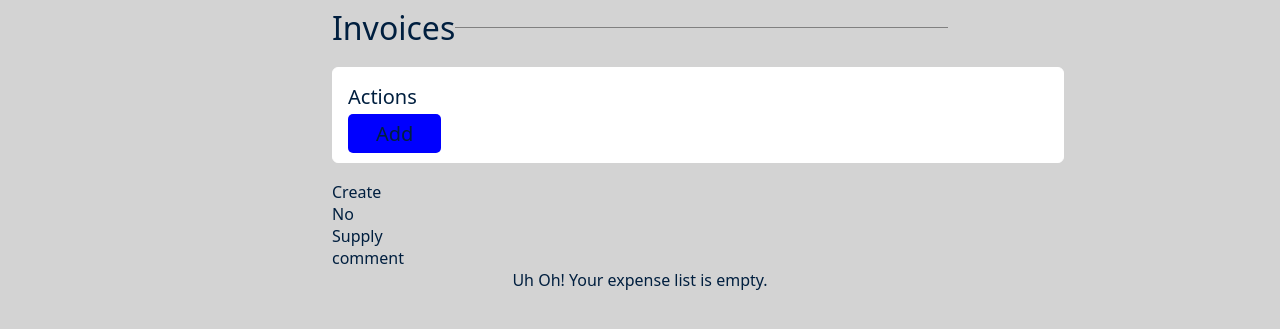
Repository: om1ars/task3
Page: /
The author's editor kept a copy of each file at every save. The page is drawn from the files as they stood at one save, then again after the next save.
The browser window is 1280 px wide. The pictures show the whole page.
Some web libraries are served in a nearby version. The project was rebuilt for these pictures with package versions that can differ from the ones it lists, and the page was loaded fresh each time. Also part of the build but not shown: src/components/footer/footer.css, src/components/footer/index.js, src/constants/add-expense.js, src/components/add-form/add-form.css, src/components/add-form/success-modal.css, src/components/add-form/success-modal.js, src/components/add-form/index.js, src/pages/add-expense/add-expense.css and 3 more.

Above is the page before, as saved 2021-12-18 15:23:55.

### public/index.html
<!DOCTYPE html>
<html lang="en">
  <head>
    <meta charset="utf-8" />
    <link rel="icon" href="%PUBLIC_URL%/favicon.ico" />
    <meta name="viewport" content="width=device-width, initial-scale=1" />
    <meta name="theme-color" content="#000000" />
    <meta name="description" content="SPA to track all your expenses" />
    <link rel="apple-touch-icon" href="%PUBLIC_URL%/logo192.png" />
    <!--
      manifest.json provides metadata used when your web app is installed on a
      user's mobile device or desktop. See https://developers.google.com/web/fundamentals/web-app-manifest/
    -->
    <link rel="manifest" href="%PUBLIC_URL%/manifest.json" />
    <link rel="preconnect" href="https://fonts.googleapis.com" />
    <link rel="preconnect" href="https://fonts.gstatic.com" crossorigin />
    <link
      href="https://fonts.googleapis.com/css2?family=Noto+Sans&display=swap"
      rel="stylesheet"
    />
    <link
      rel="stylesheet"
      href="https://cdn-uicons.flaticon.com/uicons-regular-rounded/css/uicons-regular-rounded.css"
    />
    <link
      rel="stylesheet"
      href="https://cdn.jsdelivr.net/gh/devicons/devicon@v2.12.0/devicon.min.css"
    />
    <title>Xpensr</title>
  </head>
  <body>
    <noscript>You need to enable JavaScript to run this app.</noscript>
    <div id="root"></div>
    <!--
      This HTML file is a template.
      If you open it directly in the browser, you will see an empty page.

      You can add webfonts, meta tags, or analytics to this file.
      The build step will place the bundled scripts into the <body> tag.

      To begin the development, run `npm start` or `yarn start`.
      To create a production bundle, use `npm run build` or `yarn build`.
    -->
  </body>
</html>

### src/index.js
import React from "react";
import ReactDOM from "react-dom";
import "./index.css";
import App from "./App";
import reportWebVitals from "./reportWebVitals";
import { Provider } from "react-redux";
import store from "./redux/store/index";

ReactDOM.render(
  <Provider store={store}>
    <App />
  </Provider>,
  document.getElementById("root")
);

// If you want to start measuring performance in your app, pass a function
// to log results (for example: reportWebVitals(console.log))
// or send to an analytics endpoint. Learn more: https://bit.ly/CRA-vitals
reportWebVitals();

### src/index.css
body {
  margin: 0;
  font-family: "Noto Sans", sans-serif;
  -webkit-font-smoothing: antialiased;
  -moz-osx-font-smoothing: grayscale;
  background-color: lightgray;
  color: #001f3f;
}
a {
  text-decoration: none;
  color: #001f3f;
}
.button {
  /* background: #71ccca; */
  box-shadow: 20px 20px 60px #60adac, -20px -20px 60px #82ebe8;
}
code {
  font-family: source-code-pro, Menlo, Monaco, Consolas, "Courier New",
    monospace;
}

### src/App.js
import React from "react";
import { BrowserRouter as Router, Route, Switch } from "react-router-dom";
import Footer from "./components/footer";
import Header from "./components/header";
import AddExpense from "./pages/add-expense";
import Home from "./pages/home/index";

const App = () => {
  return (
    <Router>
      <Header />
      <Switch>
        <Route path="/" exact component={Home} />
        <Route path="/add-expense" component={AddExpense} />
      </Switch>
    </Router>
  );
};

export default App;

### src/redux/store/index.js
import { combineReducers, createStore } from "redux";
import { expenseReducer } from "../reducers/expenses";
const reducer = combineReducers({
  expenses: expenseReducer,
});
const initialState = {};
const store = createStore(reducer, initialState);

export default store;

### src/components/header/index.js
import React from "react";
import "./header.css";
const Header = () => {
  return (
    <div className="header-container">
      <div className="header" style={{ display: "flex", alignItems: "center" }}>
        <div className="header-logo">
          Invoices
        </div>
        <div
          style={{ height: "1px", width: "100%", backgroundColor: "gray" }}
        ></div>
      </div>
    </div>
  );
};

export default Header;

### src/pages/home/index.js
import React from "react";
import ExpenseList from "../../components/expense-list";
import Footer from "../../components/footer";
import Header from "../../components/header";
import TopFold from "../../components/top-fold";
import "./home.css";
const Home = () => {
  return (
    <div className="home">
      <TopFold />
      <ExpenseList />
    </div>
  );
};

export default Home;

### src/redux/reducers/expenses.js
import {
  ADD_EXPENSE,
  DELETE_EXPENSE,
  SEARCH_EXPENSE,
} from "../action-types/expenses";

const initialList = () => {
  const list = localStorage.getItem("expense-list");
  let expenses = [];
  if (list) {
    expenses = JSON.parse(list);
  }
  return expenses;
};
const initialState = {
  expenseList: initialList(),
  query: "",
};

export const expenseReducer = (state = initialState, action) => {
  switch (action.type) {
    case ADD_EXPENSE: {
      localStorage.setItem(
        "expense-list",
        JSON.stringify([...state.expenseList, action.data])
      );
      return {
        ...state,
        expenseList: [...state.expenseList, action.data],
        query: "",
      };
    }
    case DELETE_EXPENSE: {
      const { data } = action;
      const updatedList = state.expenseList.filter(
        (item) => item.createdAt !== data.createdAt
      );
      localStorage.setItem("expense-list", JSON.stringify(updatedList));
      return {
        ...state,
        expenseList: updatedList,
      };
    }
    case SEARCH_EXPENSE: {
      const { query } = action;
      return {
        ...state,
        query,
      };
    }
    default:
      return {
        ...state,
      };
  }
};

### src/components/header/header.css
.header-container {
  width: 50%;
  margin: auto;
}
.header {
  display: flex;
  justify-content: space-between;
  align-items: center;
  flex: 1;
  margin: 6px 12px;
}
.header-logo {
  display: flex;
  align-items: center;
  font-size: 32px;
  font-weight: 500;
}
.header-logo i {
  display: flex;
  align-items: center;
  margin-left: 6px;
}

.header-button {
  font-size: 20px;
  display: flex;
  justify-content: center;
  align-items: center;
  border: 1px solid black;
  border-radius: 6px;
  padding: 0px 8px;
}
.header-button i {
  margin-right: 4px;
}

@media only screen and (max-width: 1024px) {
  .header-container {
    width: 90%;
  }
  .header-logo {
    font-size: 28px;
  }
  .header-button {
    font-size: 18px;
  }
}

@media only screen and (max-width: 512px) {
  .header-container {
    width: 100%;
  }
  .header-logo {
    font-size: 24px;
  }
  .header-button {
    font-size: 16px;
  }
}

### src/components/top-fold/index.js
import React, { useEffect, useState } from "react";
import { Link, useLocation } from "react-router-dom";
import "./top-fold.css";
import { useDispatch } from "react-redux";
import { searchExpense } from "../../redux/actions/expenses";
const TopFold = () => {
  const [query, setQuery] = useState("");
  const dispatch = useDispatch();
  const handleQuery = (e) => {
    setQuery(e.target.value);
    dispatch(searchExpense(e.target.value));
  };
  return (
    <div className="topfold">
      {window.location.pathname === "/" ? (
        <div className="home-topfold">
          <Link to="/add-expense">
            <div
              className="add-button"
              style={{
                width: "700px",
                backgroundColor: "white",
                padding: 15,
              }}
            >
              <div style={{ marginBottom: 10 }}>Actions</div>
              <label
                style={{
                  padding: "6px 28px",
                  borderRadius: "5px",
                  backgroundColor: "blue",
                }}
              >
                Add
              </label>
            </div>
          </Link>
        </div>
      ) : (
        <div className="add-topfold">
          <Link to="/">
            <div className="add-topfold-button">
              <i class="fi-rr-angle-left"></i>
              <label>Back</label>
            </div>
          </Link>
          <Link to="/">
            <div className="add-topfold-button">
              <i class="fi-rr-cross-circle"></i>
              <label>Cancel</label>
            </div>
          </Link>
        </div>
      )}
    </div>
  );
};

export default TopFold;

### src/components/expense-list/index.js
import React, { useEffect, useState } from "react";
import { useSelector } from "react-redux";
import { toast, ToastContainer } from "react-toastify";
import Card from "./card";
import "./expense-list.css";
const ExpenseList = () => {
  const { expenseList: list, query } = useSelector((state) => state.expenses);
  const filteredList = list.filter((item) => item.title.includes(query));

  const notifySuccess = () => toast.success("Expense Deleted!");
  return (
    <div className="expense-list">
      <ToastContainer
        position="bottom-left"
        autoClose={1500}
        hideProgressBar={false}
        newestOnTop={false}
        closeOnClick
      />
      <div className="">
        <div>Create</div>
        <div>No</div>
        <div>Supply</div>
        <div>comment</div>
      </div>

      {list.length ? (
        filteredList.map((item) => (
          <>
            <Card item={item} notifySuccess={notifySuccess} />
          </>
        ))
      ) : (
        <div className="empty-state">
          <label>Uh Oh! Your expense list is empty.</label>
        </div>
      )}
    </div>
  );
};

export default ExpenseList;

### src/pages/home/home.css
.home {
  width: 50%;
  margin: auto;
}

@media only screen and (max-width: 1024px) {
  .home {
    width: 90%;
  }
}

@media only screen and (max-width: 512px) {
  .home {
    width: 100%;
  }
}

### src/redux/action-types/expenses.js
export const ADD_EXPENSE = "ADD_EXPENSE";

export const DELETE_EXPENSE = "DELETE_EXPENSE";

export const SEARCH_EXPENSE = "SEARCH_EXPENSE";

### src/redux/actions/expenses.js
import {
  ADD_EXPENSE,
  DELETE_EXPENSE,
  SEARCH_EXPENSE,
} from "../action-types/expenses";

export const addExpense = (data) => {
  return {
    type: ADD_EXPENSE,
    data,
  };
};

export const deleteExpense = (data) => {
  console.log(data, "Action");
  return {
    type: DELETE_EXPENSE,
    data,
  };
};

export const searchExpense = (query) => {
  console.log(query);
  return {
    type: SEARCH_EXPENSE,
    query,
  };
};

### src/components/top-fold/top-fold.css
.topfold {
  display: flex;
  justify-content: space-between;
  margin: 6px 12px;
  padding: 12px 0px;
  align-items: center;
}
.home-topfold {
  display: flex;
  justify-content: space-between;
  flex: 1;
}
.searchbar {
  display: flex;
  align-items: center;
  width: 50%;
  background-color: white;
  border-radius: 12px;
}
.searchbar input {
  width: 80%;
  outline: none;
  padding: 8px 0px;
  border: none;
  margin-left: 6px;
  background-color: white;
}

.searchbar i {
  display: flex;
  align-items: center;
  margin-left: 6px;
}

.add-button {
  /* display: flex; */
  align-items: center;
  border-radius: 4px;
  border: 1px solid white;
  font-size: 20px;
  padding: 0px 8px;
  border-radius: 6px;
  cursor: pointer;
}

.add-button i {
  display: flex;
  align-items: center;
  margin-right: 4px;
}
.add-topfold {
  display: flex;
  justify-content: space-between;
  flex: 1;
}
.add-topfold-button {
  display: flex;
  align-items: center;
  font-size: 18px;
  cursor: pointer;
}
.add-topfold-button i {
  display: flex;
  align-items: center;
  margin-right: 4px;
}

@media only screen and (max-width: 1024px) {
  .add-button {
    font-size: 18px;
  }
  .searchbar {
    width: 70%;
  }
}

@media only screen and (max-width: 512px) {
  .add-button {
    font-size: 16px;
  }
}

### src/components/expense-list/expense-list.css
.expense-list {
  margin: 6px 12px;

  display: flex;
  flex-direction: column;
  flex: 1;
}
.empty-state {
  display: flex;
  justify-content: center;
  align-items: center;
  flex-direction: column;
}
.empty-image {
  height: 360px;
}

@media only screen and (max-width: 1024px) {
  .empty-image {
    height: 320px;
  }
}

@media only screen and (max-width: 512px) {
  .empty-image {
    height: 240px;
  }
}

Loaded but not shown: src/reportWebVitals.js (common file)

After the next save:
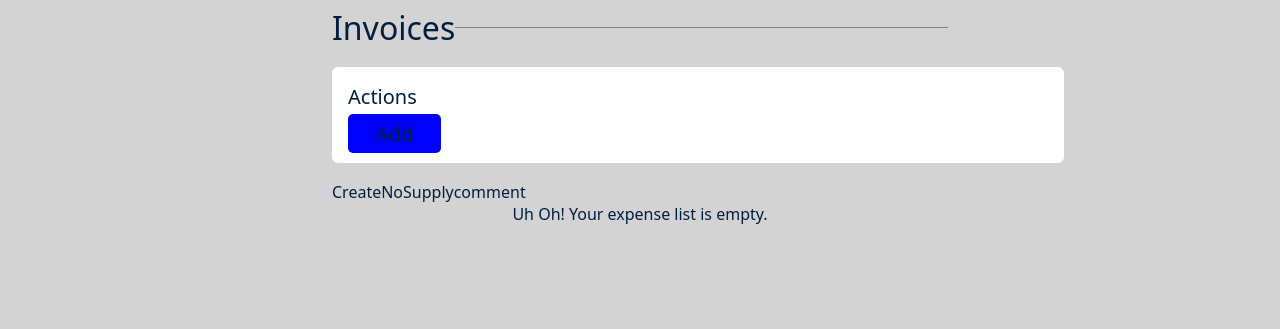
Saved 7 s later.
--- a/src/components/expense-list/index.js
+++ b/src/components/expense-list/index.js
@@ -17,7 +17,7 @@ const ExpenseList = () => {
         newestOnTop={false}
         closeOnClick
       />
-      <div className="">
+      <div className="" style={{display: 'flex'}}>
         <div>Create</div>
         <div>No</div>
         <div>Supply</div>
